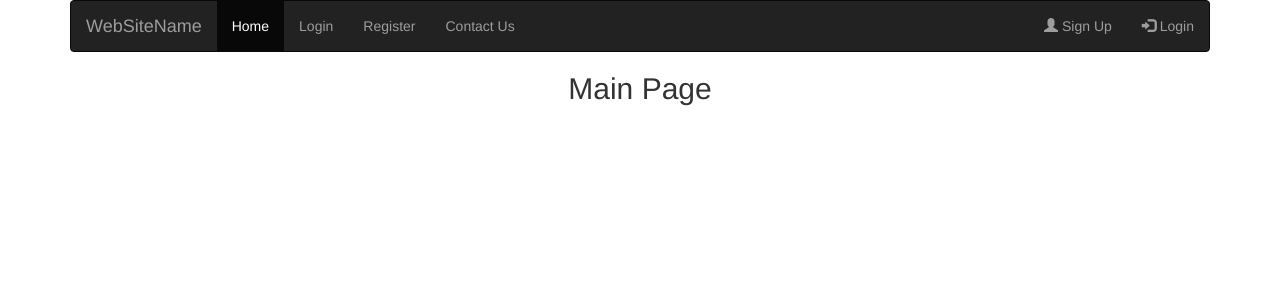
Repository: StelinaThomas/Stelikart
Page: http://localhost/GadgetFrontend/
These files come from the project's save history. The page is drawn as it stood at one moment and after the next save; the edit follows.
The browser window is 1280 px wide. The pictures show the whole page.
The page is served by Tomcat 9. Nobody is signed in. The application's start-up code is not run.

Above is the page before, as saved 2020-09-06 10:14:31.

After the next save:
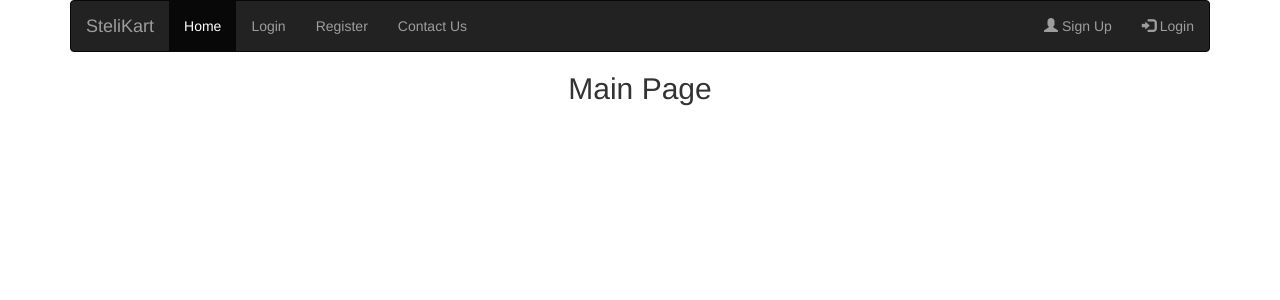
Saved 35 s later.
--- a/GadgetFrontend/src/main/webapp/WEB-INF/views/CommonHeader.jsp
+++ b/GadgetFrontend/src/main/webapp/WEB-INF/views/CommonHeader.jsp
@@ -18,7 +18,7 @@
 <nav class="navbar navbar-inverse">
   <div class="container-fluid">
     <div class="navbar-header">
-      <a class="navbar-brand" href="#">WebSiteName</a>
+      <a class="navbar-brand" href="#">SteliKart</a>
     </div>
     <ul class="nav navbar-nav">
     <li class="active"><a href="#">Home</a></li>
